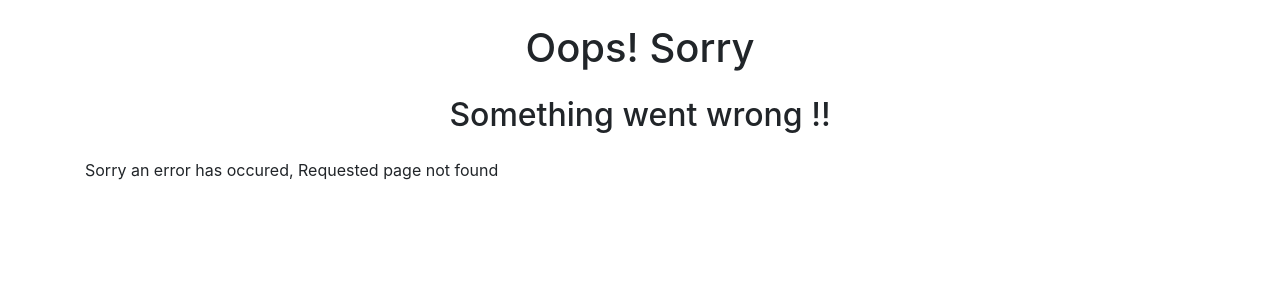
Repository: GovindParve/spring_mvc_maven_search_project
Page: http://localhost/springmvcsearch/home
These files come from the project's save history. The page is drawn as it stood at one moment and after the next save; the edit follows.
The browser window is 1280 px wide. The pictures show the whole page.
Some web libraries are served in a nearby version. The page is served by Tomcat 9.

Above is the page before, as saved 2023-06-18 17:56:14.

After the next save:
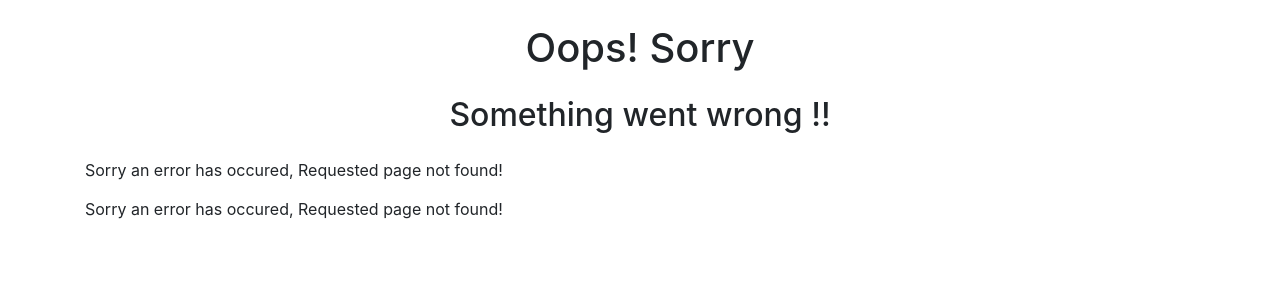
Saved 50 s later.
--- a/springmvcsearch/src/main/webapp/WEB-INF/views/null_page.jsp
+++ b/springmvcsearch/src/main/webapp/WEB-INF/views/null_page.jsp
@@ -18,7 +18,7 @@
 	padding: 40px 15px;
 	text-align: center;
 }
-.error-action{
+.error-actions{
 	margin-top: 15px;
 	margin-bottom: 15px;
 }
@@ -33,7 +33,10 @@
     	<h1 class="text-center m-4">Oops! Sorry</h1>
     	<h2 class="text-center m-4">Something went wrong !!</h2>
     	<div class="error-details">
-    		Sorry an error has occured, Requested page not found
+    		Sorry an error has occured, Requested page not found!
+    	</div>
+    	<div class="error-actions">
+    		Sorry an error has occured, Requested page not found!
     	</div>
     	<!-- <div class="card mx-auto mt-5 bg-warning" style="width: 50%">
     		<div class="card-body py-5">

After the save that followed:
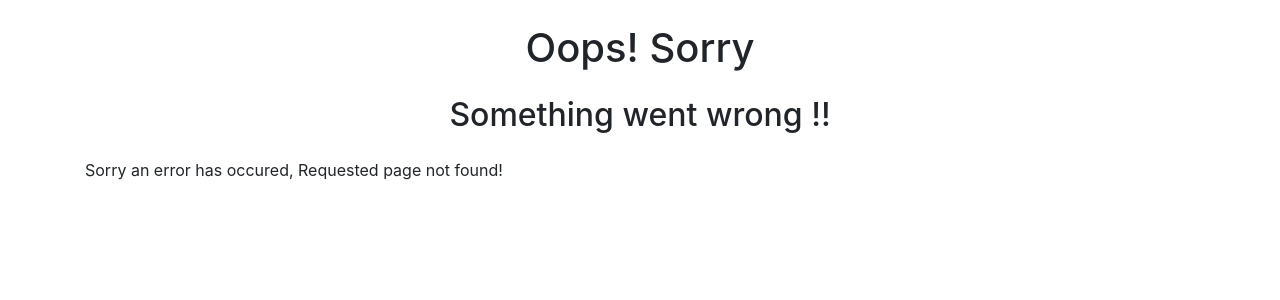
Saved 31 s later.
--- a/springmvcsearch/src/main/webapp/WEB-INF/views/null_page.jsp
+++ b/springmvcsearch/src/main/webapp/WEB-INF/views/null_page.jsp
@@ -36,7 +36,7 @@
     		Sorry an error has occured, Requested page not found!
     	</div>
     	<div class="error-actions">
-    		Sorry an error has occured, Requested page not found!
+    		<a href="#"></a>
     	</div>
     	<!-- <div class="card mx-auto mt-5 bg-warning" style="width: 50%">
     		<div class="card-body py-5">
